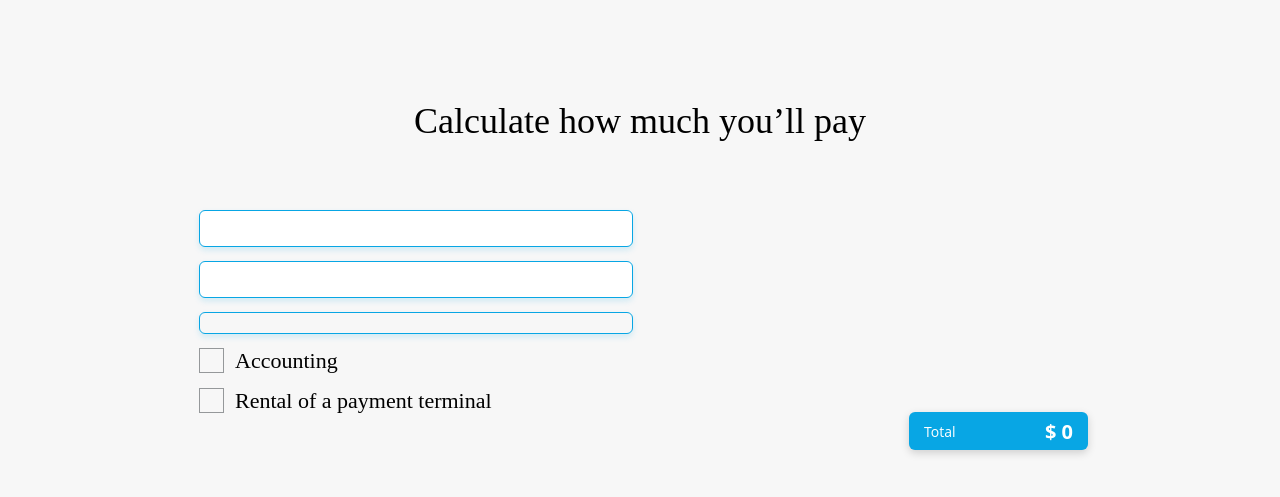
Repository: VolodymyrDubnytskyi/BestShop_project
Page: inedx2.html
An editor plug-in stored every save of this project. The page is shown before and after the next save, followed by the edit.
The browser window is 1280 px wide. The pictures show the whole page.

Above is the page before, as saved 2020-01-20 19:53:24.

After the next save:
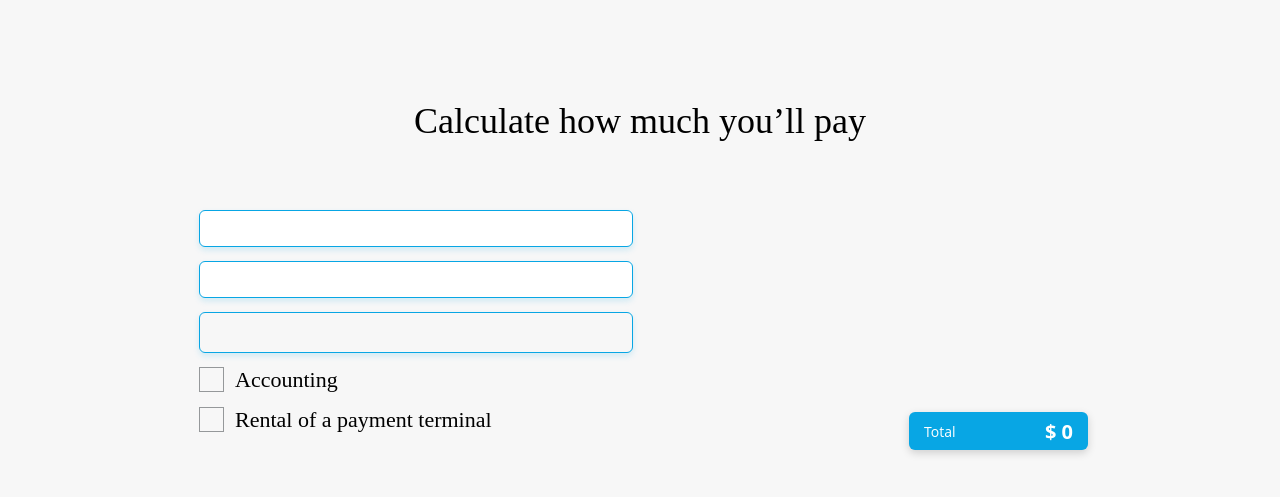
Saved 23 s later.
--- a/css/style.css
+++ b/css/style.css
@@ -788,7 +788,8 @@
   padding-left: 36px;
 }
 .selcet-package {
-  display: none;
+  opacity: 0;
+  /* display: none; */
   /* background-image: url(../img/Arrow\ Down.svg);
   background-repeat: no-repeat;
   background-size: 4%;

After the save that followed:
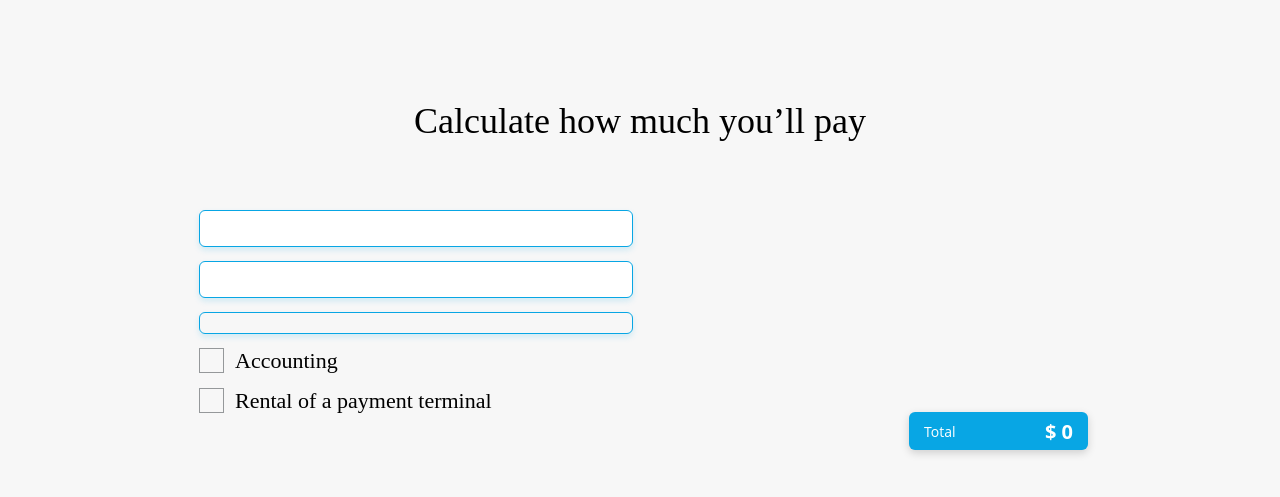
Saved 16 s later.
--- a/css/style.css
+++ b/css/style.css
@@ -788,8 +788,7 @@
   padding-left: 36px;
 }
 .selcet-package {
-  opacity: 0;
-  /* display: none; */
+  display: none;
   /* background-image: url(../img/Arrow\ Down.svg);
   background-repeat: no-repeat;
   background-size: 4%;
